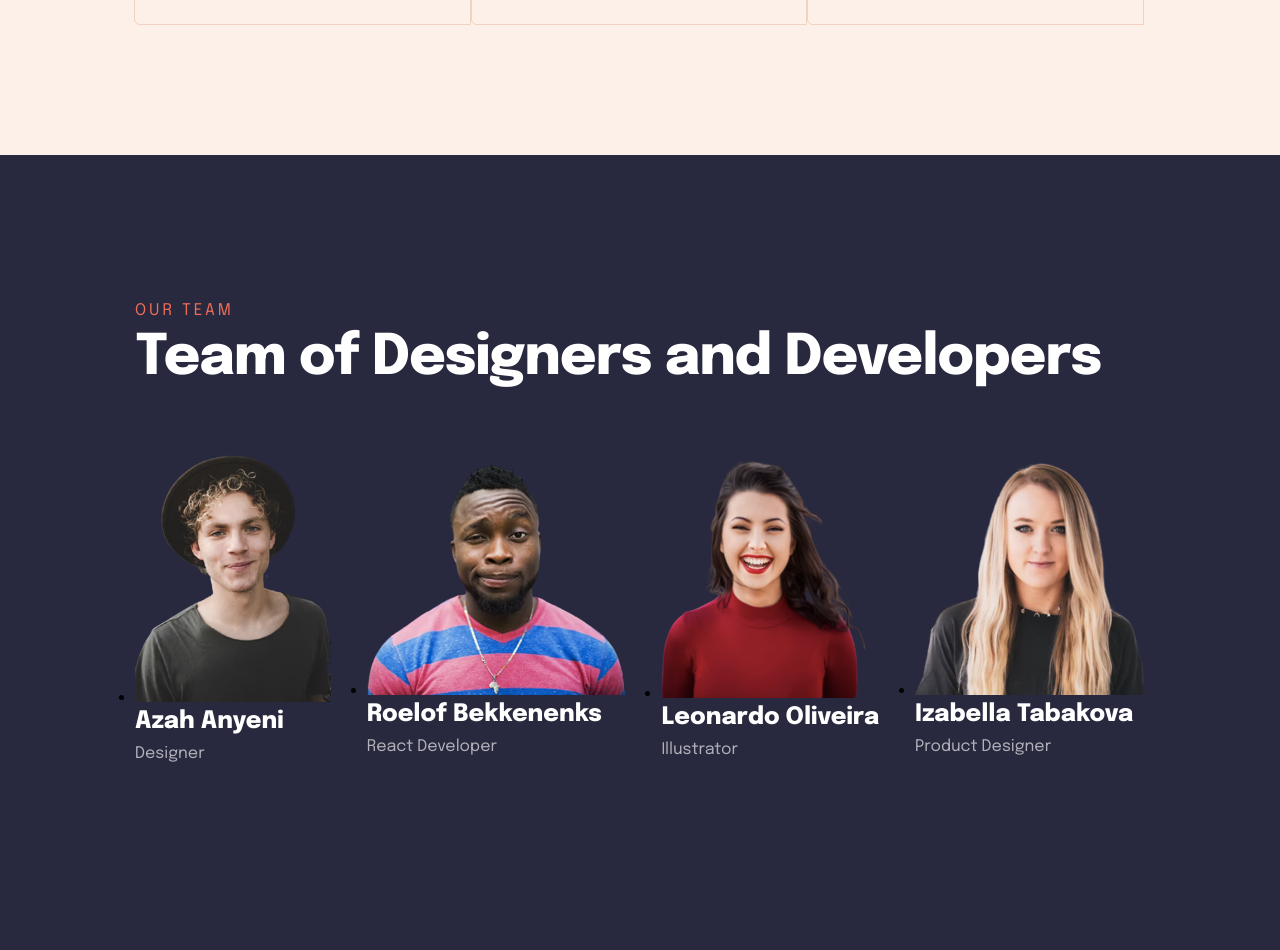
Repository: qafqazly123/websayt-1
Page: aboutPage/index.html
The author's editor kept a copy of each file at every save. The page is drawn from the files as they stood at one save, then again after the next save.
The browser window is 1280 px wide. The pictures show the part of the page from y = 1107 to 2059 px (the page is 2057 px tall before and 2059 px after).
A picture or video elsewhere on the page could not be fetched, so the positions and the page height are approximate.

Above is the page before, as saved 2023-12-19 15:24:48.

After the next save:
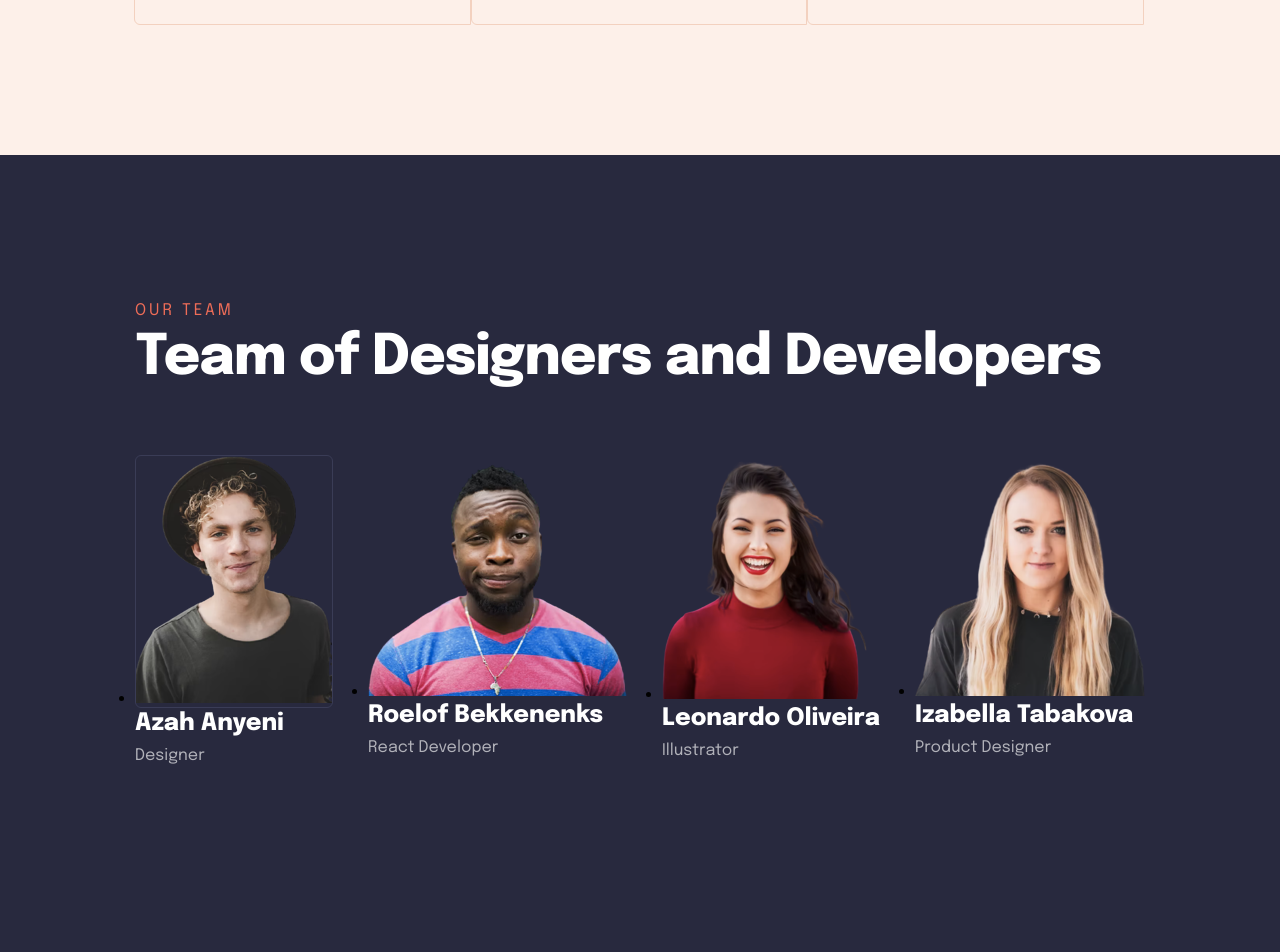
Saved 13 s later.
--- a/aboutPage/index.css
+++ b/aboutPage/index.css
@@ -233,5 +233,6 @@ font-weight: 400;
 line-height: 32px; /* 200% */
 }
 .container-3 ul li div{
-
-}
+  border-radius: 6px;
+border: 1px solid #3A3C56;
+}
